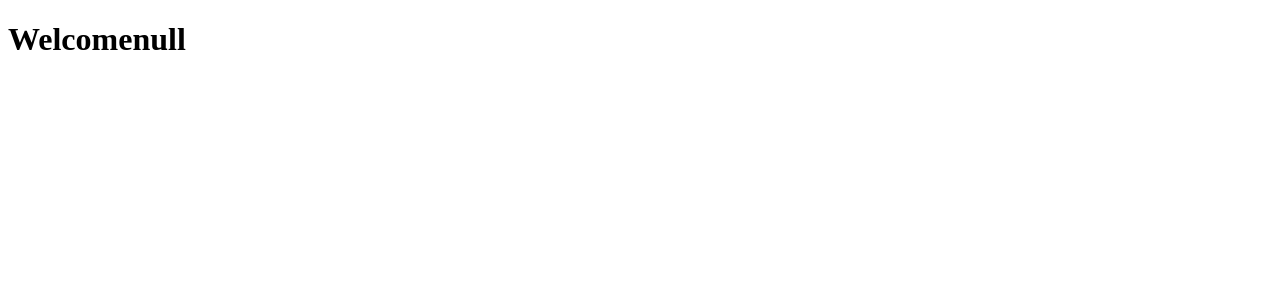
Repository: Bhushan1307/jewelltechno
Page: http://localhost/db-web-app/student
An editor plug-in stored every save of this project. The page is shown before and after the next save, followed by the edit.
The browser window is 1280 px wide. The pictures show the whole page.
The page is served by Tomcat 9.

Above is the page before, as saved 2023-02-14 11:59:47.

### db-web-app/src/main/webapp/student.jsp
<%@ page language="java" contentType="text/html; charset=ISO-8859-1"
    pageEncoding="ISO-8859-1" isELIgnored="false"%>
<!DOCTYPE html>
<html>
<head>
<meta charset="ISO-8859-1">
<title>Insert title here</title>
</head>
<body>
	<h1>${data}</h1>
</body>
</html>

### db-web-app/src/main/java/com/bhushan/Student.java
package com.bhushan;

import java.io.IOException;
import javax.servlet.Servlet;
import javax.servlet.ServletException;
import javax.servlet.annotation.WebServlet;
import javax.servlet.http.HttpServlet;
import javax.servlet.http.HttpServletRequest;
import javax.servlet.http.HttpServletResponse;

@WebServlet("/student")
public class Student extends HttpServlet implements Servlet {
	private static final long serialVersionUID = 1L;

    public Student() {
        super();
    }


	protected void doGet(HttpServletRequest request, HttpServletResponse response) throws ServletException, IOException {
		String sn = request.getParameter("std-name");
		request.setAttribute("data", "Welcome" + sn);
		request.getRequestDispatcher("student.jsp").forward(request,response);
	}


	protected void doPost(HttpServletRequest request, HttpServletResponse response) throws ServletException, IOException {

	}


	protected void doPut(HttpServletRequest request, HttpServletResponse response) throws ServletException, IOException {

	}


	protected void doDelete(HttpServletRequest request, HttpServletResponse response) throws ServletException, IOException {

	}

}

After the next save:
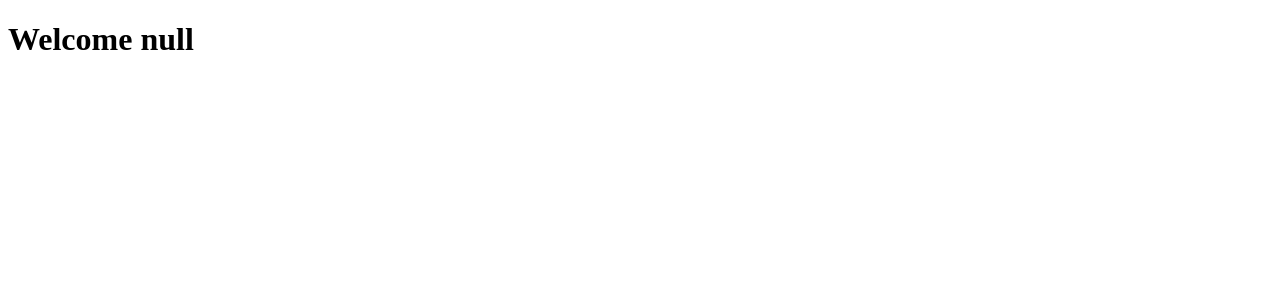
Saved 59 s later.
--- a/db-web-app/src/main/java/com/bhushan/Student.java
+++ b/db-web-app/src/main/java/com/bhushan/Student.java
@@ -19,7 +19,7 @@
 
 	protected void doGet(HttpServletRequest request, HttpServletResponse response) throws ServletException, IOException {
 		String sn = request.getParameter("std-name");
-		request.setAttribute("data", "Welcome" + sn);
+		request.setAttribute("data", "Welcome " + sn);
 		request.getRequestDispatcher("student.jsp").forward(request,response);
 	}
 
